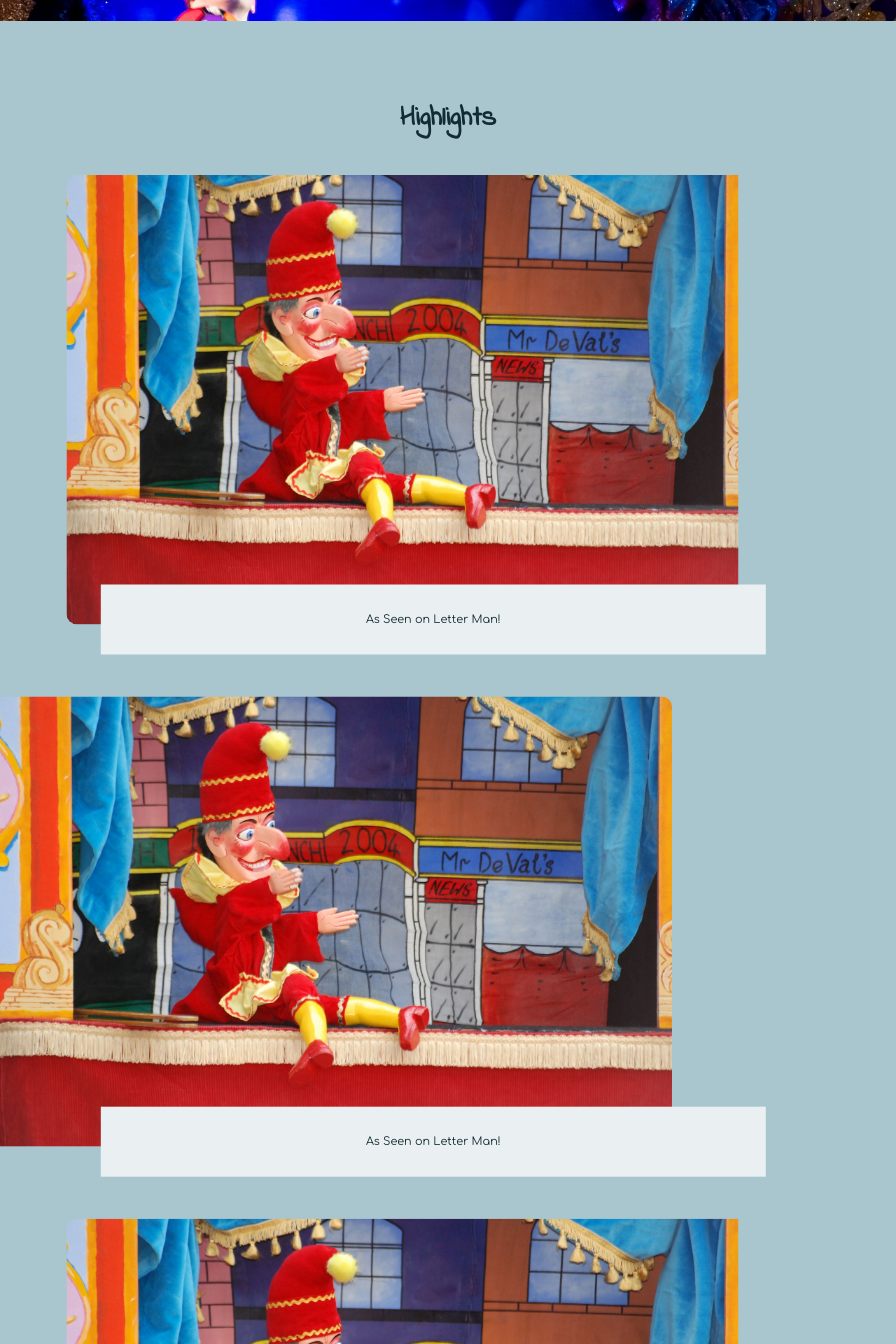
Repository: Sbethm/wink
Page: index.html
An editor plug-in stored every save of this project. The page is shown before and after the next save, followed by the edit.
The browser window is 1280 px wide. The pictures show the part of the page from y = 2520 to 4440 px (the page is 5486 px tall), at 70% of full size.
The style sheet was rebuilt from its Sass, Less or Tailwind sources for each picture, by a compiler version that may differ from the author's.

Above is the page before, as saved 2021-08-30 15:52:09.

After the next save:
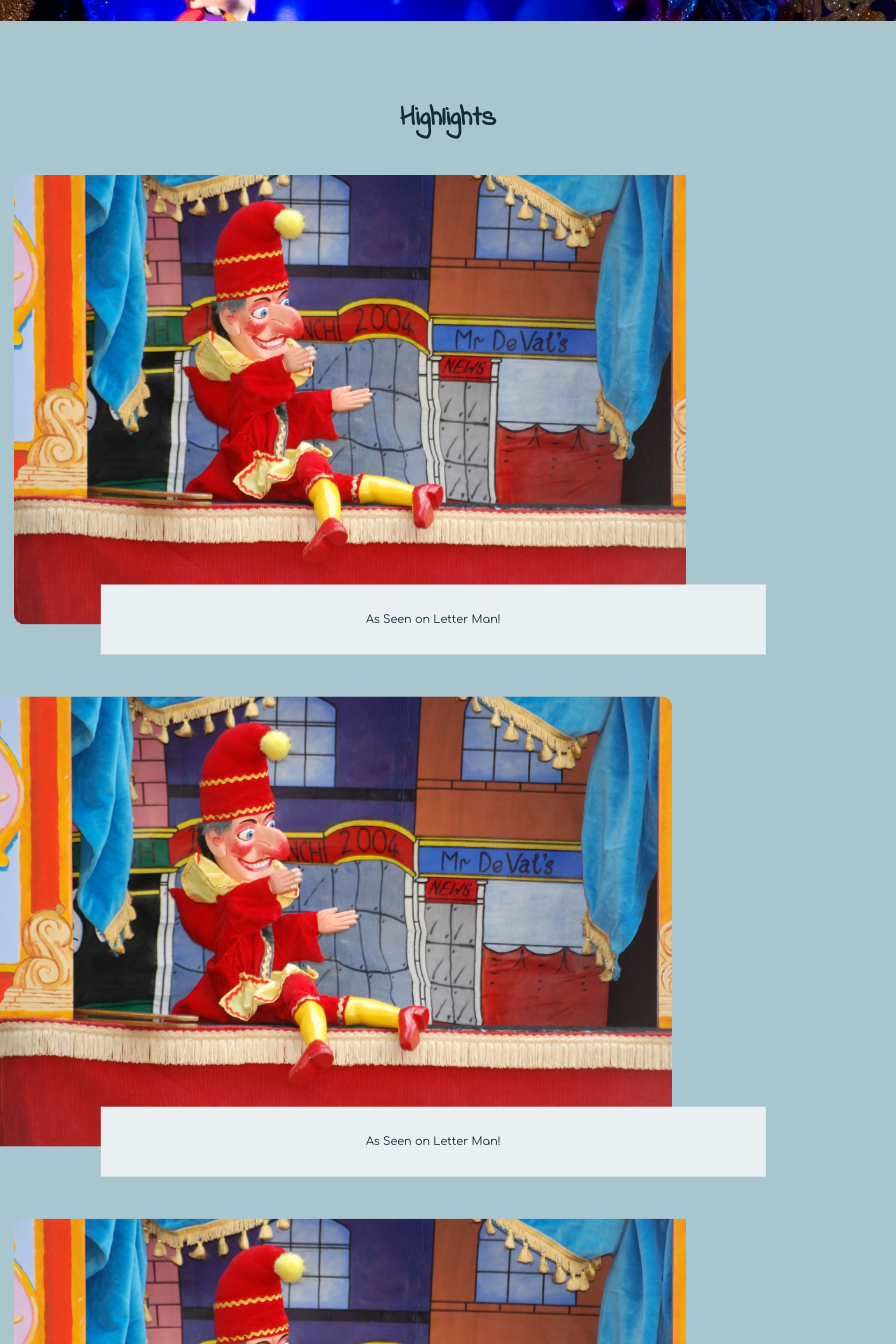
Saved 4 min 39 s later.
--- a/SCSS/main.scss
+++ b/SCSS/main.scss
@@ -53,7 +53,7 @@
 .img--set--right {
     width: 75vw;
     position: relative;
-    right: -75px;
+    right: -px;
     z-index: 1;
     border-radius: 15px 0 0 15px;
 }

After the 2 saves that followed:
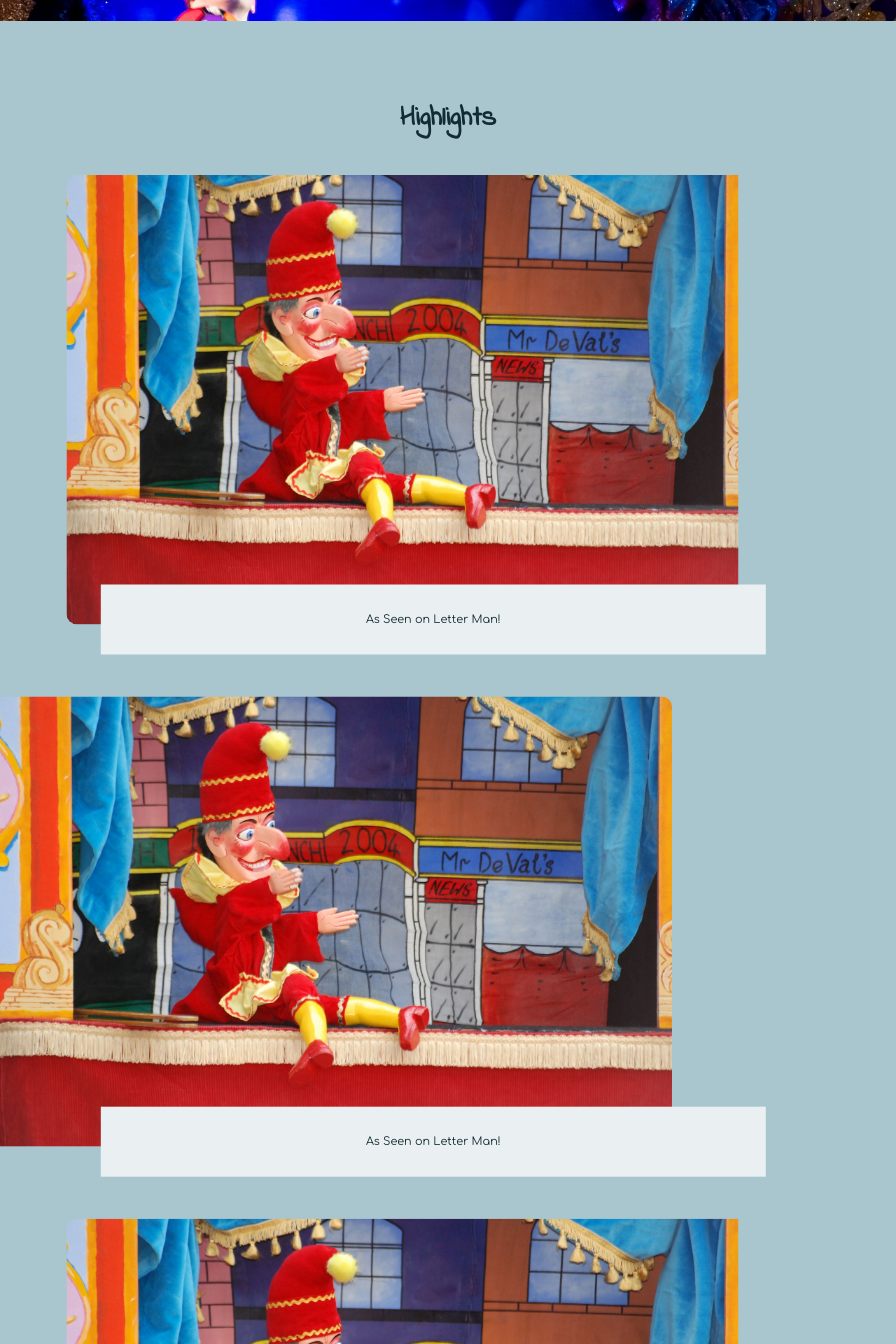
The 2 saves are shown as one change because 1 left the picture as it was.
The last was saved 50 s later.
--- a/SCSS/main.scss
+++ b/SCSS/main.scss
@@ -53,7 +53,7 @@
 .img--set--right {
     width: 75vw;
     position: relative;
-    right: -px;
+    right: -75px;
     z-index: 1;
     border-radius: 15px 0 0 15px;
 }
